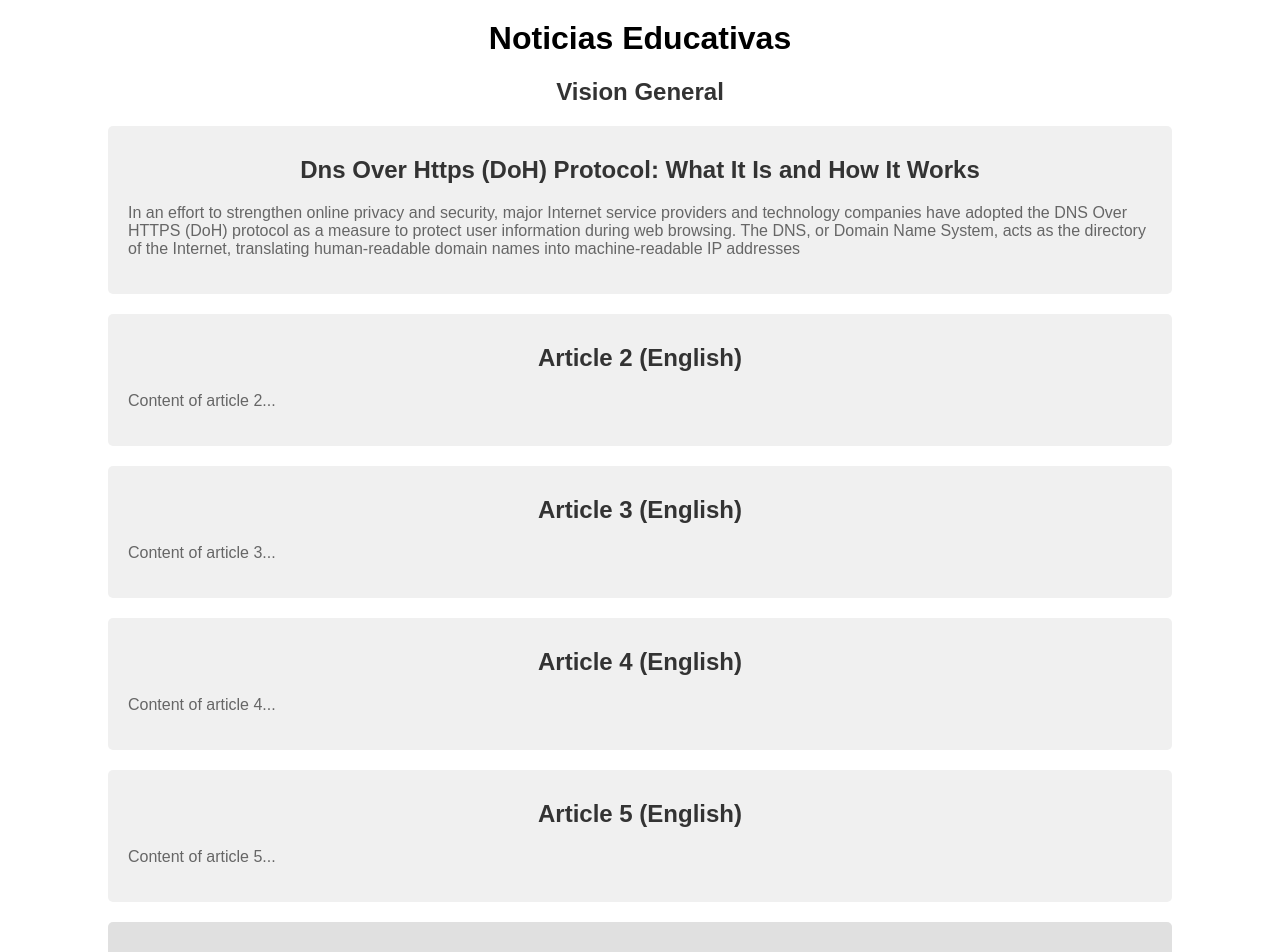
Repository: ByteFros/ramon
Page: ejercicio.html
An editor plug-in stored every save of this project. The page is shown before and after the next save, followed by the edit.
The browser window is 1280 px wide. The pictures show the part of the page from y = 0 to 952 px (the page is 1771 px tall before and 1807 px after).
A picture or video elsewhere on the page could not be fetched, so the positions and the page height are approximate.

Above is the page before, as saved 2024-02-06 19:15:00.

### ejercicio.html
<!DOCTYPE html>
<html lang="en">
<head>
    <meta charset="UTF-8">
    <meta name="viewport" content="width=device-width, initial-scale=1.0">
    <link rel="stylesheet" href="style.css">
    <title>Document</title>
</head>
<body>
<h1>Noticias Educativas</h1>
<h2>Vision General</h2>

<!-- English Articles -->
<article class="english-article">
    <h2>Dns Over Https (DoH) Protocol: What It Is and How It Works</h2>
    <p>In an effort to strengthen online privacy and security, major Internet service providers and technology companies have adopted the DNS Over HTTPS (DoH) protocol as a measure to protect user information during web browsing. The DNS, or Domain Name System, acts as the directory of the Internet, translating human-readable domain names into machine-readable IP addresses</p>
</article>

<article class="english-article">
    <h2>Article 2 (English)</h2>
    <p>Content of article 2...</p>
</article>

<article class="english-article">
    <h2>Article 3 (English)</h2>
    <p>Content of article 3...</p>
</article>

<article class="english-article">
    <h2>Article 4 (English)</h2>
    <p>Content of article 4...</p>
</article>

<article class="english-article">
    <h2>Article 5 (English)</h2>
    <p>Content of article 5...</p>
</article>
<!-- articulos en español -->
<article class="spanish-article">
    <h2>Articulo 1 (Español)</h2>
    <p>Contenido del articulo 1...</p>
</article>

<article class="spanish-article">
    <h2>Articulo 2 (Español)</h2>
    <p>Contenido del articulo 2...</p>
</article>

<article class="spanish-article">
    <h2>Articulo 3 (Español)</h2>
    <p>Contenido del articulo 3...</p>
</article>

<article class="spanish-article">
    <h2>Articulo 4 (Español)</h2>
    <p>Contenido del articulo 4...</p>
</article>

<article class="spanish-article">
    <h2>Articulo 5 (Español)</h2>
    <p>Contenido del articulo 5...</p>
</article>

<!-- RSS Feed -->
<div>
    <a href="rss_feed.xml">
        <img src="logo.png" alt="RSS Feed Logo">
    </a>
</div>


</body>
</html>

### style.css
/* Estilo para el cuerpo del documento */
body {
    font-family: Arial, sans-serif;
    margin: 0;
    padding: 0;
}

/* Estilo para el título principal */
h1 {
    text-align: center;
    margin-top: 20px;
}

/* Estilo para el subtítulo */
h2 {
    text-align: center;
    margin-top: 10px;
}

/* Estilo para los artículos en inglés */
.english-article {
    background-color: #f0f0f0;
    padding: 20px;
    margin: 20px auto;
    border-radius: 5px;
    width: 80%;
}

/* Estilo para los artículos en español */
.spanish-article {
    background-color: #e0e0e0;
    padding: 20px;
    margin: 20px auto;
    border-radius: 5px;
    width: 80%;
}

/* Estilo para los títulos de los artículos */
h2 {
    color: #333;
}

/* Estilo para los párrafos de los artículos */
p {
    color: #666;
}

/* Estilo para el contenedor del feed RSS */
div {
    text-align: center;
    margin-top: 30px;
}

/* Estilo para el logo del feed RSS */
div img {
    width: 100px;
    height: auto;
}

After the next save:
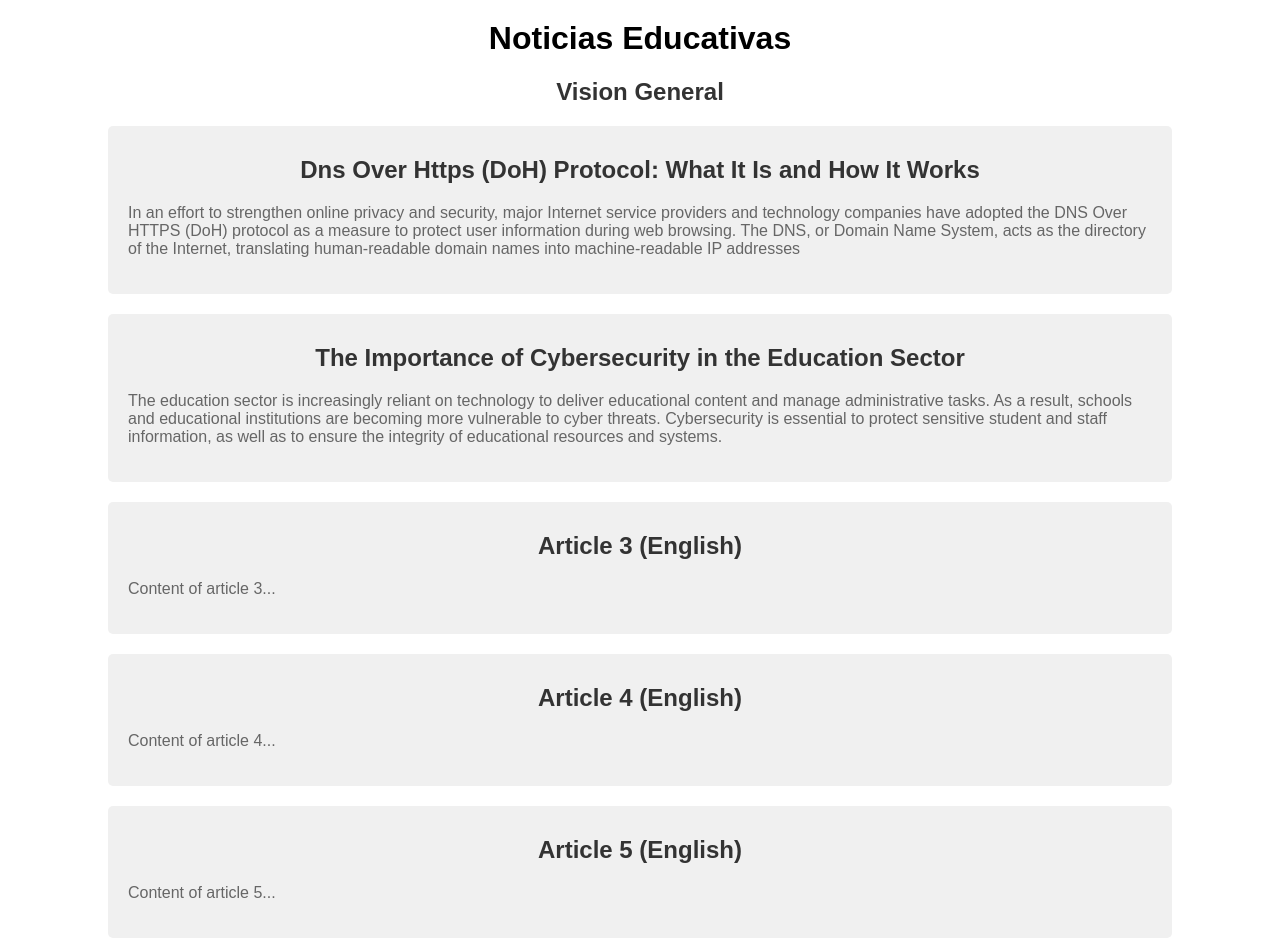
Saved 60 s later.
--- a/ejercicio.html
+++ b/ejercicio.html
@@ -17,8 +17,12 @@
 </article>
 
 <article class="english-article">
-    <h2>Article 2 (English)</h2>
-    <p>Content of article 2...</p>
+    <h2>
+        The Importance of Cybersecurity in the Education Sector
+    </h2>
+    <p>
+        The education sector is increasingly reliant on technology to deliver educational content and manage administrative tasks. As a result, schools and educational institutions are becoming more vulnerable to cyber threats. Cybersecurity is essential to protect sensitive student and staff information, as well as to ensure the integrity of educational resources and systems.
+    </p>
 </article>
 
 <article class="english-article">
